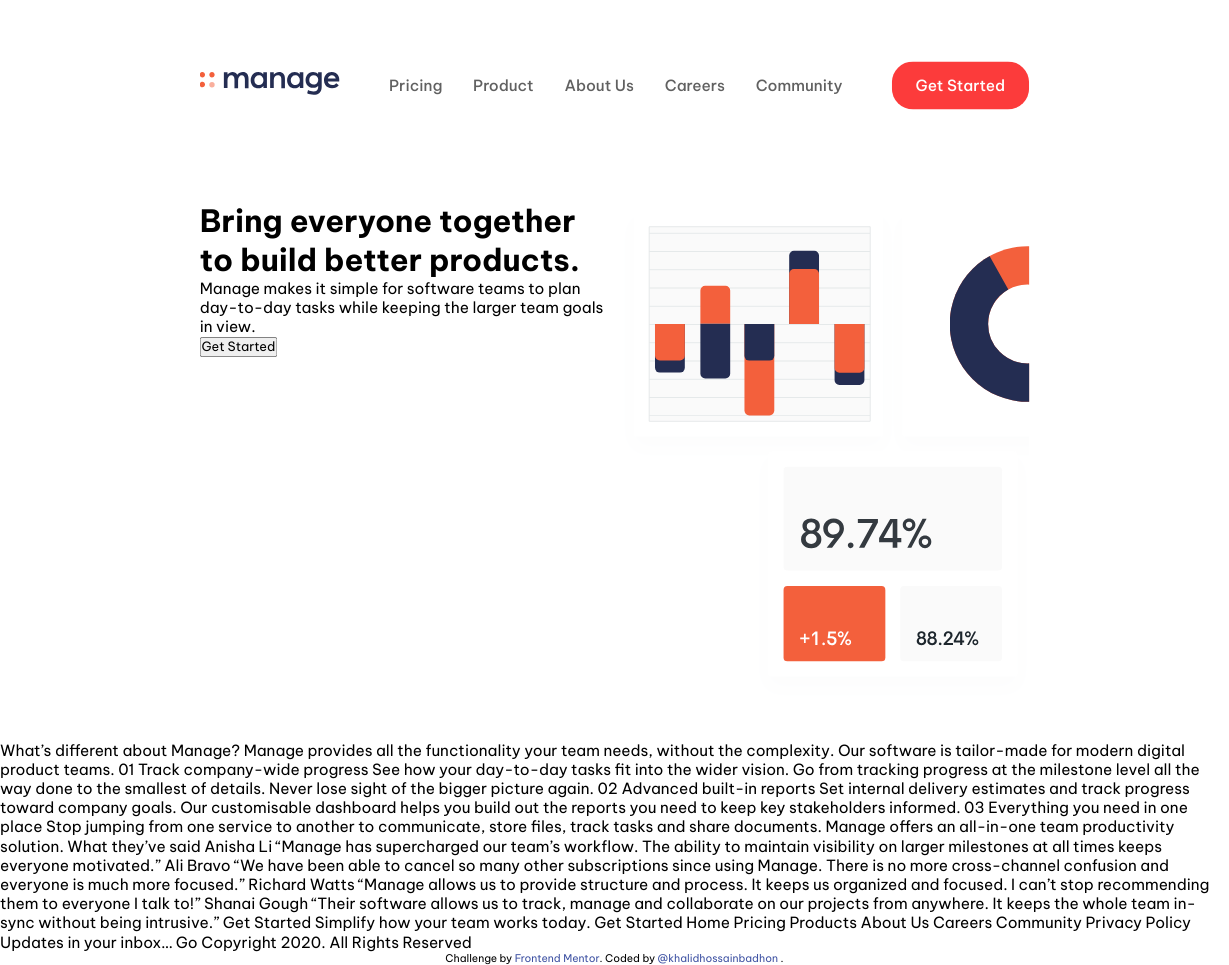
Repository: badhon252/revision
Page: manage-landing-page-master/index.html
An editor plug-in stored every save of this project. The page is shown before and after the next save, followed by the edit.
The browser window is 1280 px wide. The pictures show the whole page, at 96% of full size.
The style sheet was rebuilt from its Sass, Less or Tailwind sources for each picture, by a compiler version that may differ from the author's.

Above is the page before, as saved 2022-08-07 17:25:11.

After the next save:
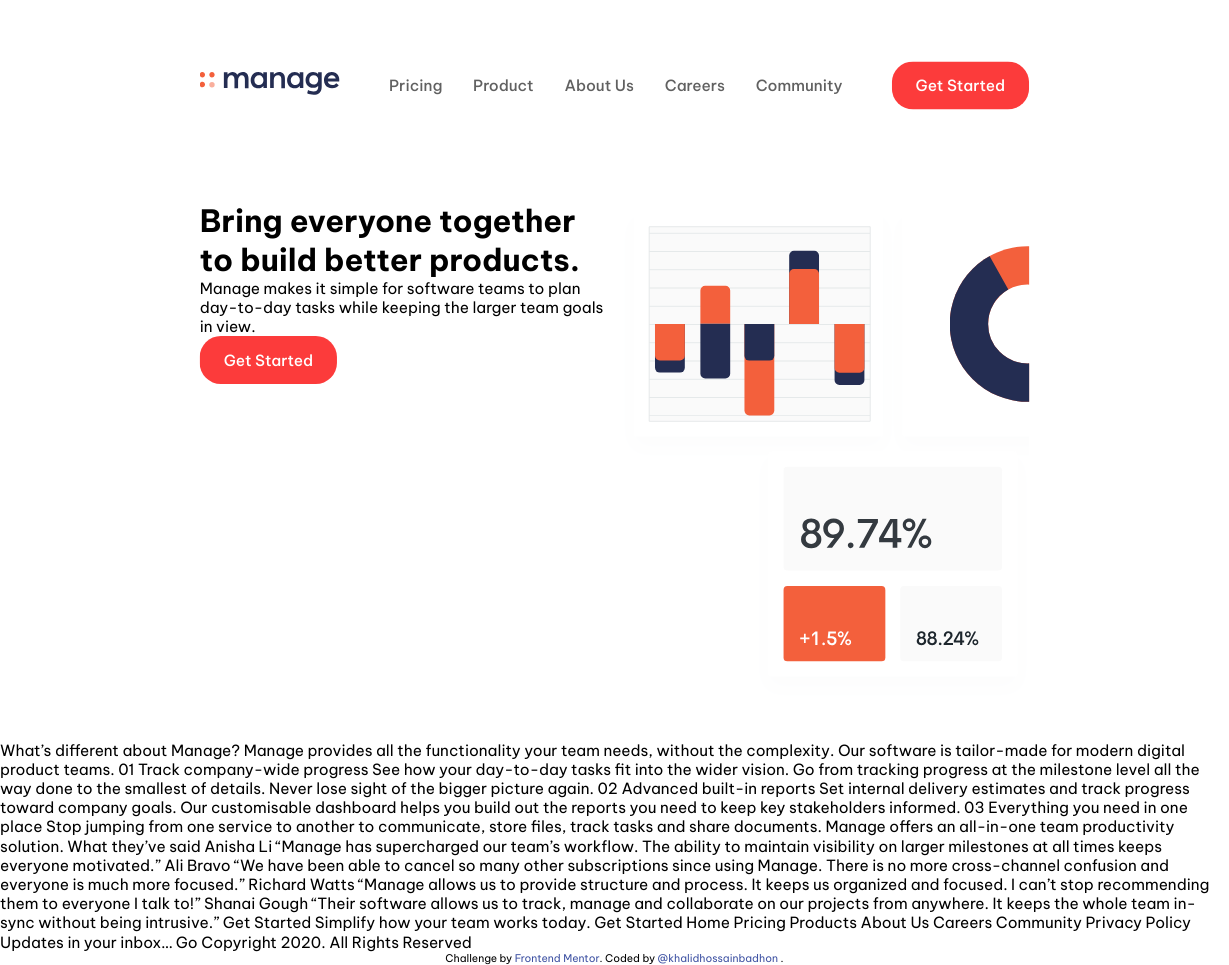
Saved 13 s later.
--- a/manage-landing-page-master/sass/style.scss
+++ b/manage-landing-page-master/sass/style.scss
@@ -44,25 +44,23 @@
         }
       }
     }
+  }
+  .get-start {
+    .btn {
+      padding: 15px 25px;
+      outline: none;
+      border: none;
+      border-radius: 22px;
+      background-color: rgb(252, 59, 59);
+      cursor: pointer;
 
-    .get-start {
-      .btn {
-        padding: 15px 25px;
-        outline: none;
-        border: none;
-        border-radius: 22px;
-        background-color: rgb(252, 59, 59);
-        cursor: pointer;
-
-        a {
-          color: #fff;
-          font-weight: 500;
-          font-size: 1rem;
-        }
+      a {
+        color: #fff;
+        font-weight: 500;
+        font-size: 1rem;
       }
     }
   }
-
   .header-content {
     padding: 2rem 13rem;
   }
